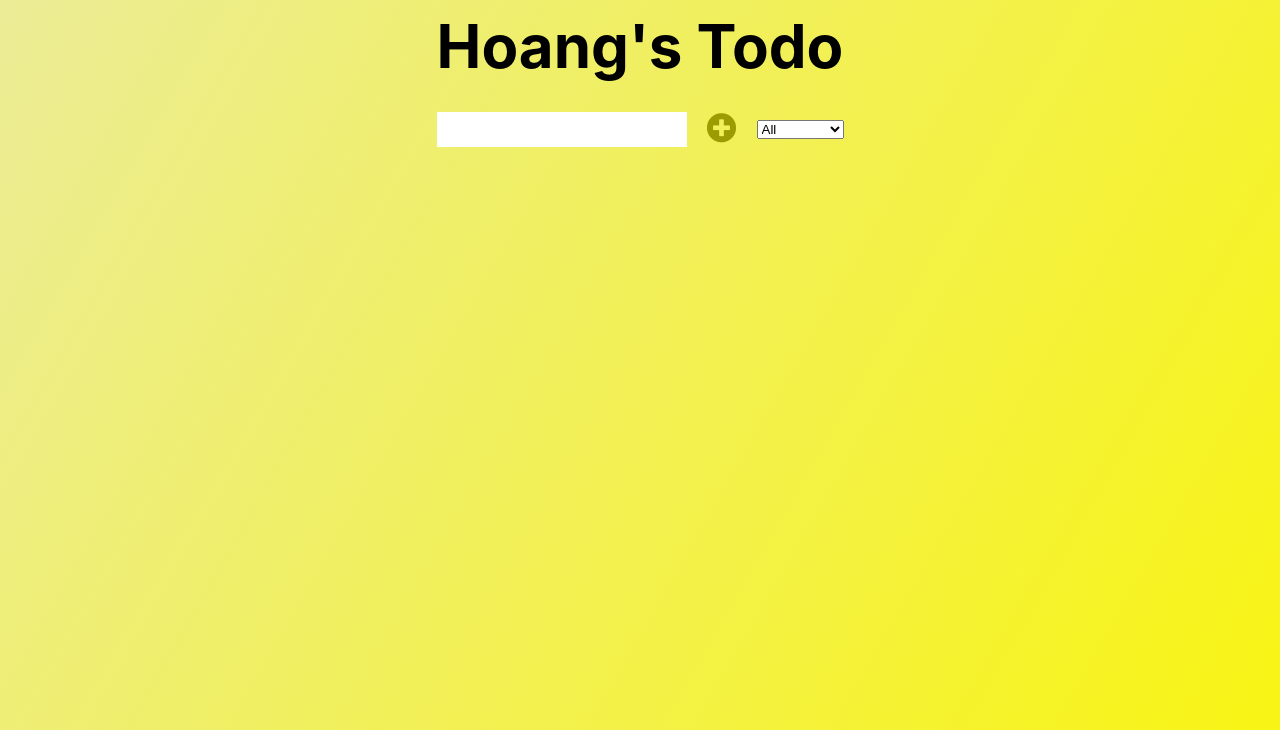
Repository: DinhHoang0607/TodoReact
Page: /
These files come from the project's save history. The page is drawn as it stood at one moment and after a run of saves; the edit follows.
The browser window is 1280 px wide. The pictures show the whole page.
Some web libraries are served in a nearby version. The project was rebuilt for these pictures with package versions that can differ from the ones it lists, and the page was loaded fresh each time.

Above is the page before, as saved 2021-09-09 23:39:05.

### public/index.html
<!DOCTYPE html>
<html lang="en">
  <head>
    <meta charset="utf-8" />
    <link rel="icon" href="%PUBLIC_URL%/favicon.ico" />
    <meta name="viewport" content="width=device-width, initial-scale=1" />
    <meta name="theme-color" content="#000000" />
    <meta
      name="description"
      content="Web site created using create-react-app"
    />
    <link rel="apple-touch-icon" href="%PUBLIC_URL%/logo192.png" />
    <!--
      manifest.json provides metadata used when your web app is installed on a
      user's mobile device or desktop. See https://developers.google.com/web/fundamentals/web-app-manifest/
    -->
    <link rel="stylesheet" href="https://pro.fontawesome.com/releases/v5.10.0/css/all.css" integrity="sha384-AYmEC3Yw5cVb3ZcuHtOA93w35dYTsvhLPVnYs9eStHfGJvOvKxVfELGroGkvsg+p" crossorigin="anonymous"/>
    <link rel="manifest" href="%PUBLIC_URL%/manifest.json" />
    <!--
      Notice the use of %PUBLIC_URL% in the tags above.
      It will be replaced with the URL of the `public` folder during the build.
      Only files inside the `public` folder can be referenced from the HTML.

      Unlike "/favicon.ico" or "favicon.ico", "%PUBLIC_URL%/favicon.ico" will
      work correctly both with client-side routing and a non-root public URL.
      Learn how to configure a non-root public URL by running `npm run build`.
    -->
    <title>React App</title>
  </head>
  <body>
    <noscript>You need to enable JavaScript to run this app.</noscript>
    <div id="root"></div>
    <!--
      This HTML file is a template.
      If you open it directly in the browser, you will see an empty page.

      You can add webfonts, meta tags, or analytics to this file.
      The build step will place the bundled scripts into the <body> tag.

      To begin the development, run `npm start` or `yarn start`.
      To create a production bundle, use `npm run build` or `yarn build`.
    -->
  </body>
</html>

### src/App.js
import "./App.css";
import React from "react";
import Form from "./components/Form";

function App() {
  return (
    <div className="App">
      <header>
        <h1>Hoang's Todo</h1>
      </header>
      <Form />
    </div>
  );
}

export default App;

### src/App.css
*,
*::before,
*::after {
  box-sizing: border-box;
  padding: 0;
  margin: 0;
}
html {
  font-size: 62.5%;
}
body {
  width: 100%;
  height: 100vh;
  background-image: linear-gradient(120deg, #ebec96 0%, #f8f414 100%);
}
header {
  font-size: 3rem;
  margin: 1rem auto;
}
header,
form {
  display: flex;
  justify-content: center;
  align-items: center;
}
.form__input {
  width: 25rem;
  height: 3.5rem;
  border: none;
  background: white;
}
.btn{
  cursor: pointer;
}
.form__btn {
  color: #9a9c01;
  padding: 2rem;
  /* width: 3.5rem;
  height: 3.5rem; */
  /* border-radius: 50%; */
  font-size: 3rem;
  border: none;
  background: none;
}

### src/components/Form.js
import React from "react";
const Form = () => {
  return (
    <form className="form">
      <input type="text" className="form__input" />
      <button className="form__btn btn" type="submit">
        <i class="fas fa-plus-circle"></i>
      </button>
      <div className="form__select">
        <select name="items" className="select__item">
          <option value="all" selected="selected">
            All
          </option>
          <option value="completed">Completed</option>
          <option value="inProcess">InProcess</option>
        </select>
      </div>
    </form>
  );
};

export default Form;

Loaded but not shown: src/index.js (common file); src/index.css (common file); src/reportWebVitals.js (common file)

After the next 2 saves:
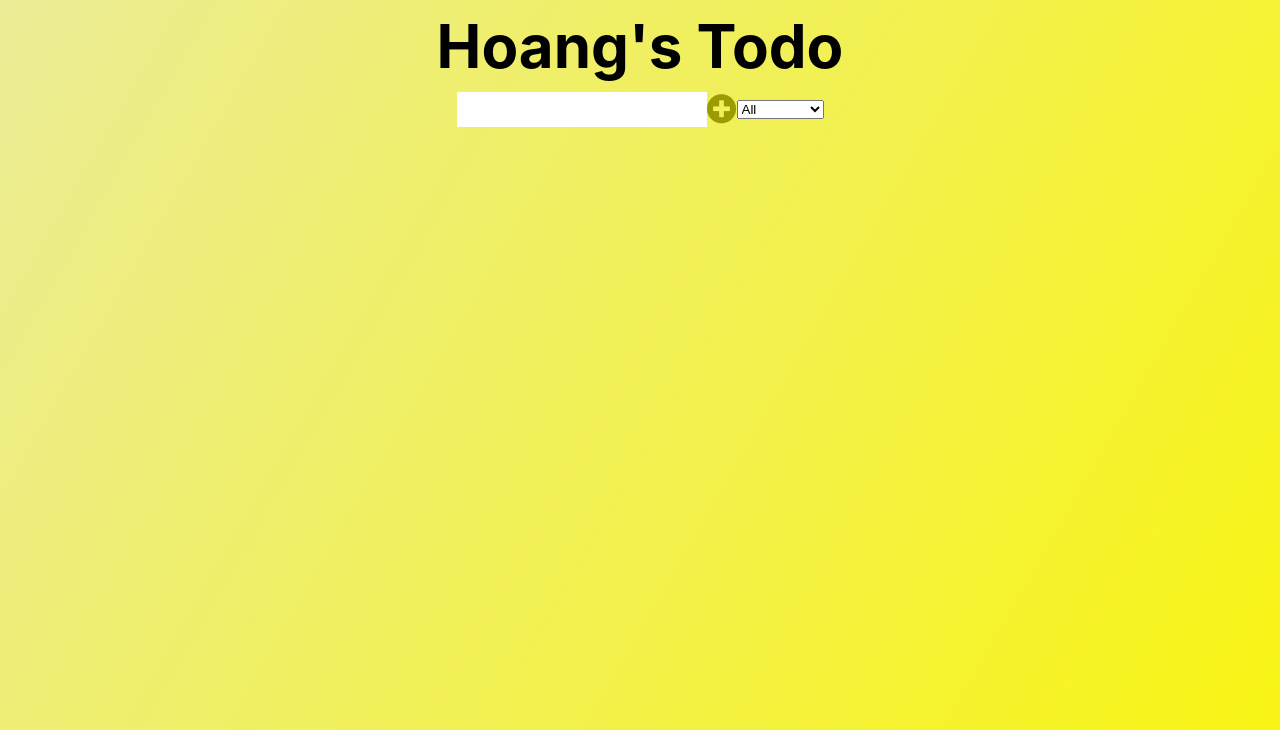
The 2 saves are shown as one change because they came seconds apart.
The last was saved 7 s later.
--- a/src/App.css
+++ b/src/App.css
@@ -29,12 +29,12 @@ form {
   border: none;
   background: white;
 }
-.btn{
+.btn {
   cursor: pointer;
 }
 .form__btn {
   color: #9a9c01;
-  padding: 2rem;
+  padding: auto 2rem;
   /* width: 3.5rem;
   height: 3.5rem; */
   /* border-radius: 50%; */
